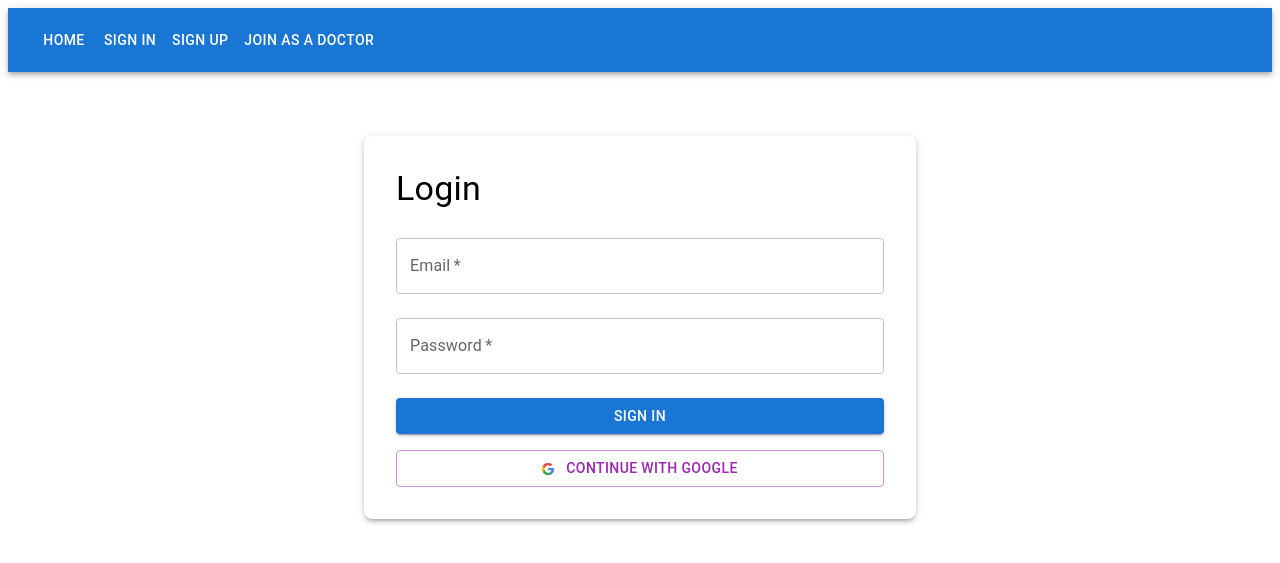
Repository: AFLatON12/healthcare
Page: /dashboard/superadmin (app in frontend/)
These files come from the project's save history. The page is drawn as it stood at one moment and after the next save; the edit follows.
The browser window is 1280 px wide. The pictures show the whole page.
The project was rebuilt for these pictures with package versions that can differ from the ones it lists, and the page was loaded fresh each time. Also part of the build but not shown: frontend/src/pages/SignUp.js, frontend/src/pages/DoctorSignUp.js, frontend/src/components/SignedInNavigationBar.js, frontend/src/components/SignedOutNavigationBar.js, frontend/src/components/NavigationBar.js, frontend/src/components/PatientInfo.js, frontend/src/components/MedicalHistoryList.js, frontend/src/components/PatientInfoForm.js and 8 more.

Above is the page before, as saved 2025-05-05 10:55:08.

After the next save:
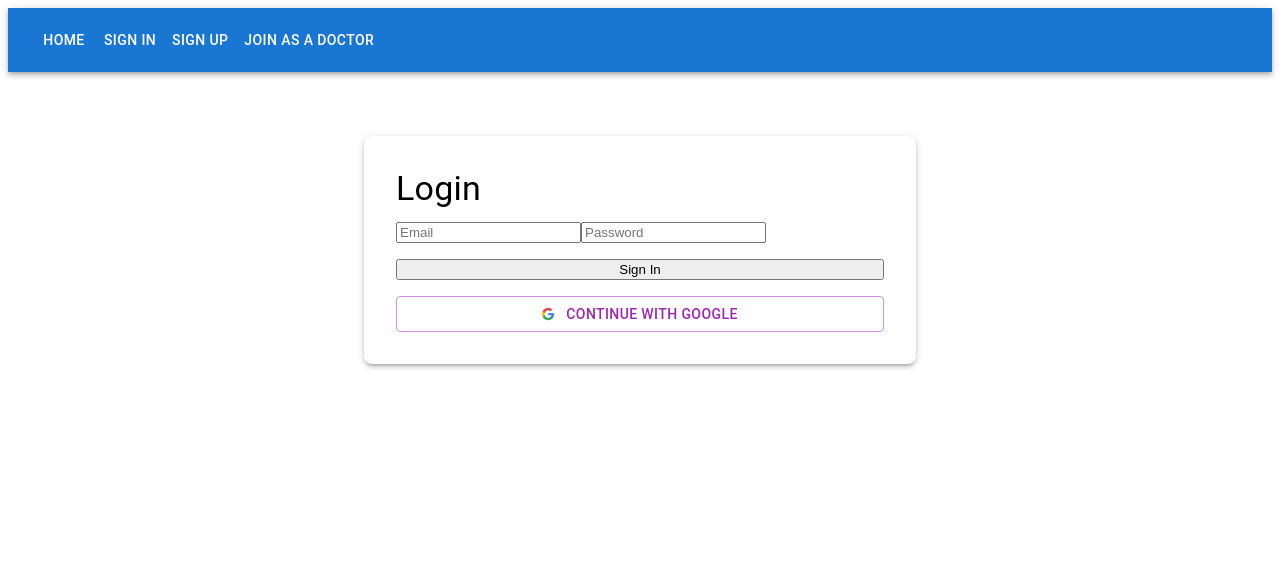
Saved 2 min 5 s later.
--- a/frontend/src/pages/Login.js
+++ b/frontend/src/pages/Login.js
@@ -1,6 +1,6 @@
 import React, { useState, useEffect } from 'react';
 import { useNavigate } from 'react-router-dom';
-import { Container, TextField, Button, Typography, Box, Alert, Stack } from '@mui/material';
+import { Container, Typography, Box, Alert, Stack } from '@mui/material';
 import { login, loginWithGoogle } from '../api/auth';
 import GoogleLoginButton from '../components/GoogleLoginButton';
 
@@ -49,32 +49,33 @@ function Login() {
 
   return (
     <Container maxWidth="sm">
-      <Box mt={8} p={4} boxShadow={3} borderRadius={2}>
-        <Typography variant="h4" gutterBottom>Login</Typography>
+      <Box mt={8} p={4} boxShadow={3} borderRadius={2} className="bg-white rounded-lg shadow-md">
+        <Typography variant="h4" gutterBottom className="text-center font-bold text-gray-800">Login</Typography>
         {error && <Alert severity="error" sx={{ mb: 2 }}>{error}</Alert>}
-        <form onSubmit={handleSubmit}>
-          <TextField
-            label="Email"
+        <form onSubmit={handleSubmit} className="space-y-4">
+          <input
             type="email"
-            fullWidth
-            margin="normal"
+            placeholder="Email"
             value={email}
             onChange={(e) => setEmail(e.target.value)}
             required
+            className="w-full px-3 py-2 border border-gray-300 rounded-md focus:outline-none focus:ring-2 focus:ring-blue-500"
           />
-          <TextField
-            label="Password"
+          <input
             type="password"
-            fullWidth
-            margin="normal"
+            placeholder="Password"
             value={password}
             onChange={(e) => setPassword(e.target.value)}
             required
+            className="w-full px-3 py-2 border border-gray-300 rounded-md focus:outline-none focus:ring-2 focus:ring-blue-500"
           />
           <Stack spacing={2} sx={{ mt: 2 }}>
-            <Button type="submit" variant="contained" color="primary" fullWidth>
+            <button
+              type="submit"
+              className="w-full bg-blue-600 text-white py-2 rounded-md hover:bg-blue-700 transition-colors"
+            >
               Sign In
-            </Button>
+            </button>
             <GoogleLoginButton onSuccess={handleGoogleSuccess} onError={handleGoogleError} />
           </Stack>
         </form>
